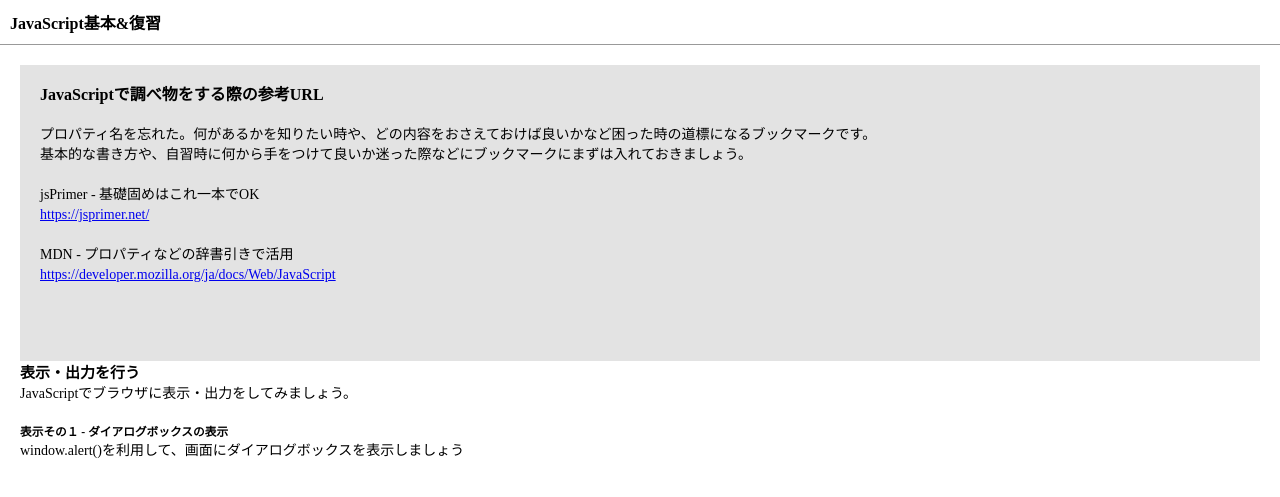
Repository: Yuto-Arakawa/study_js
Page: 01_basic/荒川/ara_basic01.html
The author's editor kept a copy of each file at every save. The page is drawn from the files as they stood at one save, then again after the next save.
The browser window is 1280 px wide. The pictures show the whole page.

Above is the page before, as saved 2026-11-06 15:19:47.

### 01_basic/荒川/ara_basic01.html
<!DOCTYPE html>
<html lang="ja">
<head>
  <meta charset="utf-8">
  <meta name="viewport" content="width=device-width, initial-scale=1">
  <meta name="color-scheme" content="light">
  <meta name="format-detection" content="telephone=no">
  <meta name="description" content="ここに説明文を設定">
  <title>ara_basic01</title>

  <!-- 共有用 OGP / X(Twitter) -->
  <meta property="og:site_name" content="サイト名">
  <meta property="og:title" content="サイトタイトル">
  <meta property="og:description" content="サイト説明文">
  <meta property="og:type" content="website">
  <meta property="og:url" content="https://hoge.ecc.com/">
  <meta property="og:image" content="https://hoge.ecc.com/ogp.png">
  <meta name="twitter:card" content="summary_large_image">
  <meta name="twitter:site" content="@twitteraccount">

  <!-- 正規URL -->
  <link rel="canonical" href="URL">
	<!-- 多言語サイト用 -->
	<!-- <link rel="alternate" hreflang="ja" href="URL"> -->

  <!-- アイコン（SVG優先、ICOフォールバック、Apple Touch） -->
  <link rel="icon" type="image/svg+xml" href="favicon.svg">
  <link rel="alternate icon" href="favicon.ico">
  <link rel="apple-touch-icon" href="apple-touch-icon.png" sizes="180x180">

  <!-- テーマカラー（PWAでなくてもアドレスバー色に反映） -->
  <meta name="theme-color" content="#FFFFFF">

	<!-- スタイルの読み込み -->
    <link rel="stylesheet" href="css/ress.css">
    <link rel="stylesheet" href="css/basic01.css">

</head>
<body>
    <header>
        <h1>JavaScript基本&復習</h1>
    </header>
    <main>
        <div class="reference">
            <h2>JavaScriptで調べ物をする際の参考URL</h2>
                <p>
                    プロパティ名を忘れた。何があるかを知りたい時や、どの内容をおさえておけば良いかなど困った時の道標になるブックマークです。<br>
                    基本的な書き方や、自習時に何から手をつけて良いか迷った際などにブックマークにまずは入れておきましょう。
                </p>

                <p>
                    jsPrimer - 基礎固めはこれ一本でOK<br>
                    <a href="https://jsprimer.net/" target="_blank">https://jsprimer.net/</a>
                </p>
                <p>
                    MDN - プロパティなどの辞書引きで活用<br>
                    <a href="https://developer.mozilla.org/ja/docs/Web/JavaScript" target="_blank">https://developer.mozilla.org/ja/docs/Web/JavaScript</a>
                </p>
        </div>
            <h2>表示・出力を行う</h2>
                <p>JavaScriptでブラウザに表示・出力をしてみましょう。</p>
            <h3>表示その１ - ダイアログボックスの表示</h3>
                <p>window.alert()を利用して、画面にダイアログボックスを表示しましょう</p>
    </main>
</body>
</html>

### 01_basic/荒川/css/ress.css
/* resset.dev • v6.0.0 */

/* # =================================================================
   # Global selectors
   # ================================================================= */

html {
  box-sizing: border-box;
  -webkit-text-size-adjust: 100%; /* Prevent adjustments of font size after orientation changes in iOS */
  word-break: normal;
  -moz-tab-size: 4;
  tab-size: 4;
}

*,
::before,
::after {
  background-repeat: no-repeat; /* Set `background-repeat: no-repeat` to all elements and pseudo elements */
  box-sizing: inherit;
}

::before,
::after {
  text-decoration: inherit; /* Inherit text-decoration and vertical align to ::before and ::after pseudo elements */
  vertical-align: inherit;
}

* {
  padding: 0; /* Reset `padding` and `margin` of all elements */
  margin: 0;
}

/* # =================================================================
   # General elements
   # ================================================================= */

hr {
  overflow: visible; /* Show the overflow in Edge and IE */
  height: 0; /* Add the correct box sizing in Firefox */
  color: inherit; /* Correct border color in Firefox. */
}

details,
main {
  display: block; /* Render the `main` element consistently in IE. */
}

summary {
  display: list-item; /* Add the correct display in all browsers */
}

small {
  font-size: 80%; /* Set font-size to 80% in `small` elements */
}

[hidden] {
  display: none; /* Add the correct display in IE */
}

abbr[title] {
  border-bottom: none; /* Remove the bottom border in Chrome 57 */
  /* Add the correct text decoration in Chrome, Edge, IE, Opera, and Safari */
  text-decoration: underline;
  text-decoration: underline dotted;
}

a {
  background-color: transparent; /* Remove the gray background on active links in IE 10 */
}

a:active,
a:hover {
  outline-width: 0; /* Remove the outline when hovering in all browsers */
}

code,
kbd,
pre,
samp {
  font-family: monospace, monospace; /* Specify the font family of code elements */
}

pre {
  font-size: 1em; /* Correct the odd `em` font sizing in all browsers */
}

b,
strong {
  font-weight: bolder; /* Add the correct font weight in Chrome, Edge, and Safari */
}

/* https://gist.github.com/unruthless/413930 */
sub,
sup {
  font-size: 75%;
  line-height: 0;
  position: relative;
  vertical-align: baseline;
}

sub {
  bottom: -0.25em;
}

sup {
  top: -0.5em;
}

table {
  border-color: inherit; /* Correct border color in all Chrome, Edge, and Safari. */
  text-indent: 0; /* Remove text indentation in Chrome, Edge, and Safari */
}

iframe {
  border-style: none;
}

/* # =================================================================
   # Accessibility
   # ================================================================= */

/* Specify the progress cursor of updating elements */
[aria-busy='true'] {
  cursor: progress;
}

/* Specify the pointer cursor of trigger elements */
[aria-controls] {
  cursor: pointer;
}

/* # =================================================================
   # Forms
   # ================================================================= */

input {
  border-radius: 0;
}

[type='number']::-webkit-inner-spin-button,
[type='number']::-webkit-outer-spin-button {
  height: auto; /* Correct the cursor style of increment and decrement buttons in Chrome */
}

[type='search'] {
  -webkit-appearance: textfield; /* Correct the odd appearance in Chrome and Safari */
  outline-offset: -2px; /* Correct the outline style in Safari */
}

[type='search']::-webkit-search-decoration {
  -webkit-appearance: none; /* Remove the inner padding in Chrome and Safari on macOS */
}

textarea {
  overflow: auto; /* Internet Explorer 11+ */
  resize: vertical; /* Specify textarea resizability */
}

button,
input,
optgroup,
select,
textarea {
  font: inherit; /* Specify font inheritance of form elements */
}

optgroup {
  font-weight: bold; /* Restore the font weight unset by the previous rule */
}

button {
  overflow: visible; /* Address `overflow` set to `hidden` in IE 8/9/10/11 */
}

button,
select {
  text-transform: none; /* Firefox 40+, Internet Explorer 11- */
}

/* Apply cursor pointer to button elements */
button,
[type='button'],
[type='reset'],
[type='submit'],
[role='button'] {
  cursor: pointer;
}

/* Remove inner padding and border in Firefox 4+ */
button::-moz-focus-inner,
[type='button']::-moz-focus-inner,
[type='reset']::-moz-focus-inner,
[type='submit']::-moz-focus-inner {
  border-style: none;
  padding: 0;
}

/* Replace focus style removed in the border reset above */
button:-moz-focusring,
[type='button']::-moz-focus-inner,
[type='reset']::-moz-focus-inner,
[type='submit']::-moz-focus-inner {
  outline: 1px dotted ButtonText;
}

button,
html [type='button'], /* Prevent a WebKit bug where (2) destroys native `audio` and `video`controls in Android 4 */
[type='reset'],
[type='submit'] {
  -webkit-appearance: button; /* Correct the inability to style clickable types in iOS */
}

/* Remove the default button styling in all browsers */
button,
input,
select,
textarea {
  background-color: transparent;
  border-style: none;
}

a:focus,
button:focus,
input:focus,
select:focus,
textarea:focus {
  outline-width: 0;
}

/* Style select like a standard input */
select {
  -moz-appearance: none; /* Firefox 36+ */
  -webkit-appearance: none; /* Chrome 41+ */
}

select::-ms-expand {
  display: none; /* Internet Explorer 11+ */
}

select::-ms-value {
  color: currentColor; /* Internet Explorer 11+ */
}

legend {
  border: 0; /* Correct `color` not being inherited in IE 8/9/10/11 */
  color: inherit; /* Correct the color inheritance from `fieldset` elements in IE */
  display: table; /* Correct the text wrapping in Edge and IE */
  max-width: 100%; /* Correct the text wrapping in Edge and IE */
  white-space: normal; /* Correct the text wrapping in Edge and IE */
  max-width: 100%; /* Correct the text wrapping in Edge 18- and IE */
}

::-webkit-file-upload-button {
  /* Correct the inability to style clickable types in iOS and Safari */
  -webkit-appearance: button;
  color: inherit;
  font: inherit; /* Change font properties to `inherit` in Chrome and Safari */
}

/* Replace pointer cursor in disabled, not-editable, or otherwise inoperable elements */
[disabled],
[aria-disabled='true'] {
  cursor: default;
}

/* # =================================================================
   # Specify media element style
   # ================================================================= */

img {
  border-style: none; /* Remove border when inside `a` element in IE 8/9/10 */
}

/* Add the correct vertical alignment in Chrome, Firefox, and Opera */
progress {
  vertical-align: baseline;
}

### 01_basic/荒川/css/basic01.css
html{
    font-size: 62.5%;
}

header{
    padding: 1rem;
    border-bottom: solid 1px #999;
    font-size: 8px;
}

main{
    padding: 20px;
    p{
        font-size: 14px;
        margin-bottom: 20px;
    }
}

.reference{
    padding: 20px;
    height: 296px;
    background-color: #e3e3e3;
    line-height: 20px;
    h2{
        font-size: 16px;
        margin-bottom: 20px;
    }
}

After the next save:
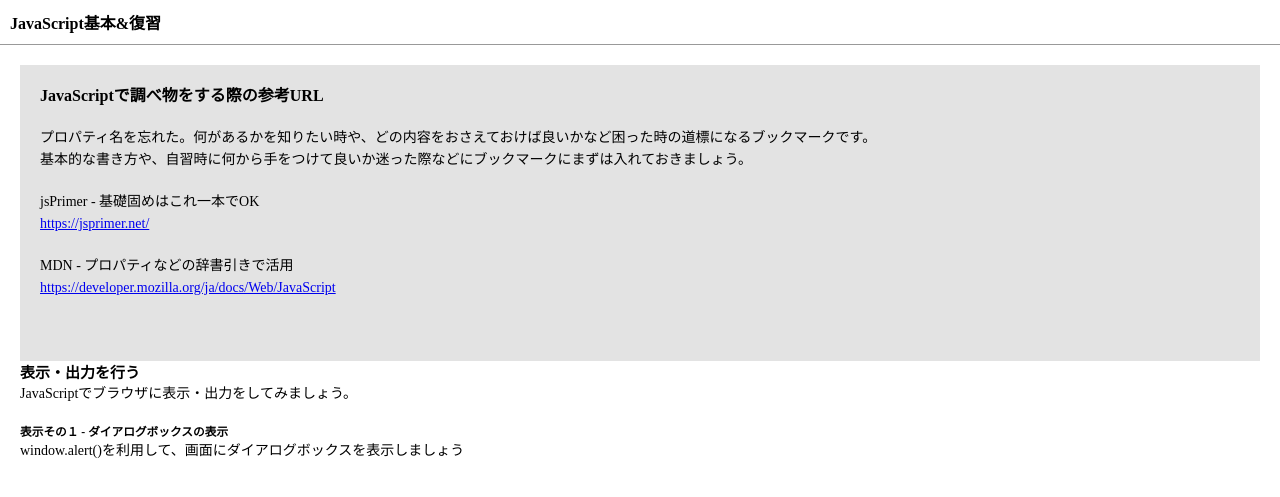
Saved 19 s later.
--- a/01_basic/荒川/css/basic01.css
+++ b/01_basic/荒川/css/basic01.css
@@ -20,7 +20,7 @@ main{
     padding: 20px;
     height: 296px;
     background-color: #e3e3e3;
-    line-height: 20px;
+    line-height: 22px;
     h2{
         font-size: 16px;
         margin-bottom: 20px;
